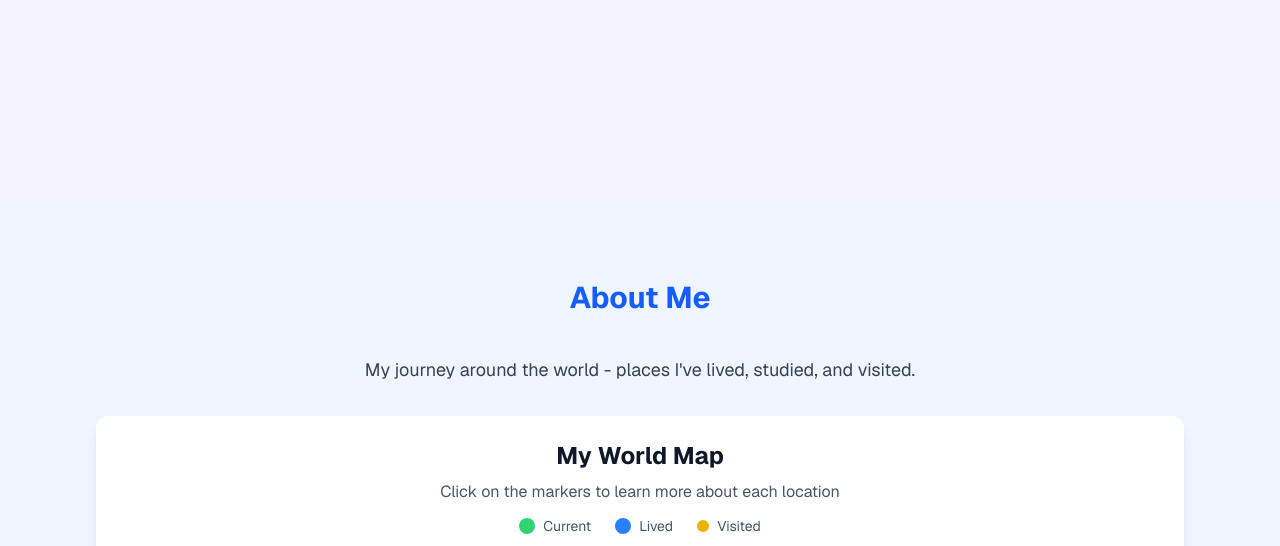
Repository: winniewyl/personal-portfolio
Page: /
These files come from the project's save history. The page is drawn as it stood at one moment and after the next save; the edit follows.
The browser window is 1280 px wide. The pictures show the part of the page from y = 601 to 1147 px (the page is 4049 px tall).
Pictures or frames that could not be fetched are drawn as grey boxes. The project was rebuilt for these pictures with package versions that can differ from the ones it lists, and the page was loaded fresh each time. The framework's server and built-in components were replaced by stand-ins that run in the browser. Also part of the build but not shown: next.config.ts.

Above is the page before, as saved 2025-07-31 11:08:11.

After the next save:
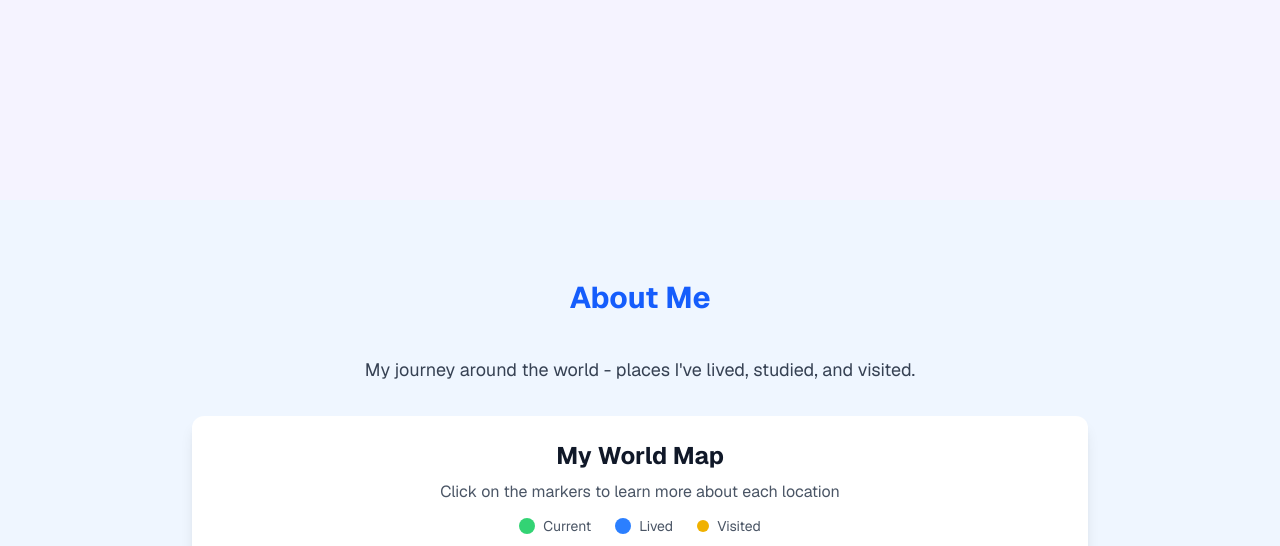
Saved 2 min 23 s later.
--- a/src/components/About.tsx
+++ b/src/components/About.tsx
@@ -255,7 +255,7 @@ const About: React.FC = () => {
       </p>
 
       {/* Interactive World Map */}
-      <div className="relative bg-white dark:bg-[#232336] rounded-xl shadow-lg p-4 sm:p-6 w-full">
+      <div className="relative bg-white dark:bg-[#232336] rounded-xl shadow-lg p-4 sm:p-6 w-full max-w-4xl mx-auto">
         <div className="text-center mb-3 sm:mb-4">
           <h3 className="text-xl sm:text-2xl font-bold text-gray-900 dark:text-white mb-2">
             My World Map
